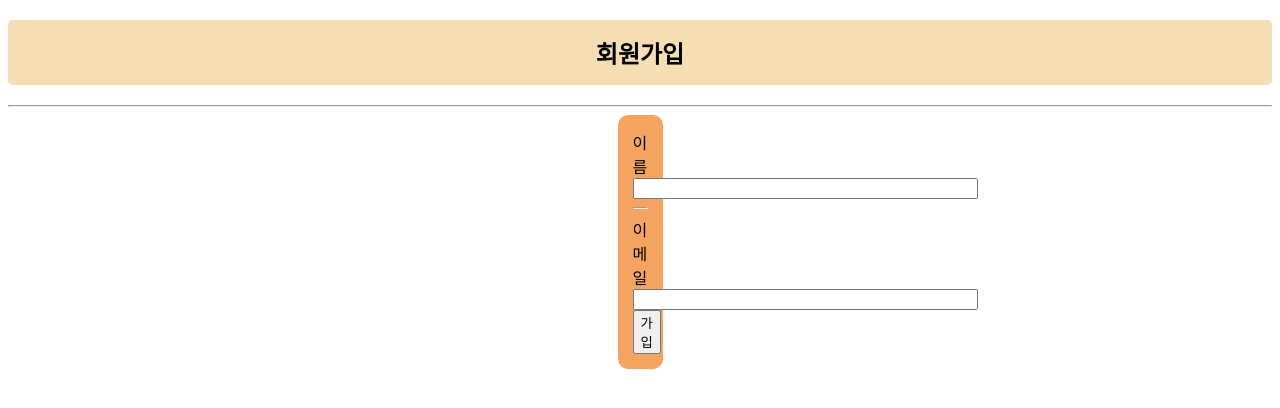
Repository: Hwater00/JSP-practice
Page: javaWorkspace/jwbook/src/main/webapp/ch03/rdgform.html
These files come from the project's save history. The page is drawn as it stood at one moment and after the next save; the edit follows.
The browser window is 1280 px wide. The pictures show the whole page.

Above is the page before, as saved 2023-07-26 07:18:00.

### javaWorkspace/jwbook/src/main/webapp/ch03/rdgform.html
<!DOCTYPE html>
<html>
<head>
<meta charset="UTF-8">
<title>회원 가입 폼 만들기</title>
<style>
	h2{
		border-radius: 5px;
		background-color: wheat;
		text-align: center;
		padding: 15px 0;
	}
	#regform{
		padding: 15px;
		border-radius: 10px;
		margin: auto;
		width: 15px;
		background-color: sandybrown;
	}
</style>
</head>

<body>
	<h2>회원가입</h2>
	<hr>
	<div id="regform">
		<form name="form1">
			<label>이름</label>
			<input type="text" name="name" size="40"><br>
			<hr>
			<label>이메일</label>
			<input type=email name="email" size="40"><br>
			<button type="button" onclick="singUp()">가입</button>
		</form>
	</div>
	<div id="result" class="result">
		<h3>가입정보</h3>
		<hr>
		이름:<span id ="rname"></span><br>
		이메일:<span id ="remail"></span><br>
	</div>
	<script>
		document.getElementById("result").style.display = "none";
	</script>
</body>
</html>

After the next save:
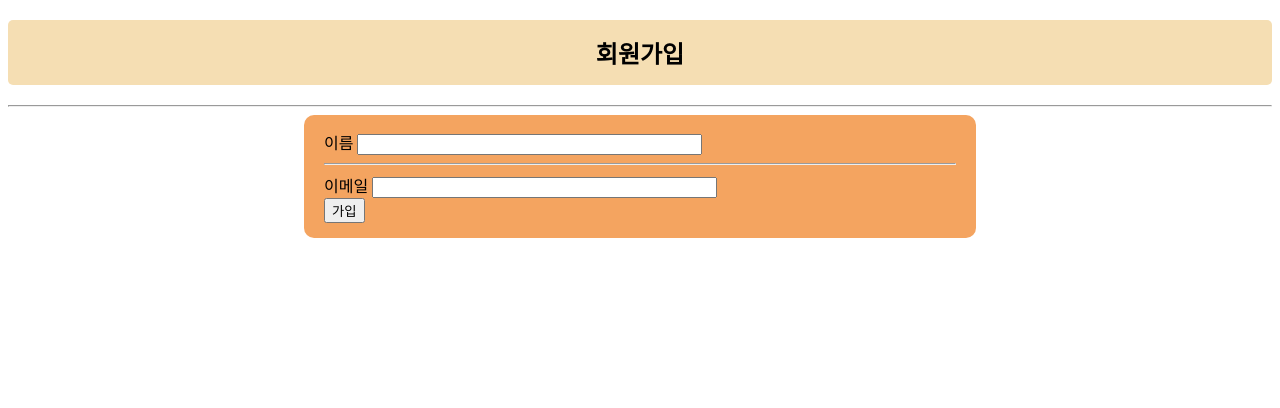
Saved 3 min 34 s later.
--- a/javaWorkspace/jwbook/src/main/webapp/ch03/rdgform.html
+++ b/javaWorkspace/jwbook/src/main/webapp/ch03/rdgform.html
@@ -11,10 +11,10 @@
 		padding: 15px 0;
 	}
 	#regform{
-		padding: 15px;
+		padding: 15px 20px;
 		border-radius: 10px;
 		margin: auto;
-		width: 15px;
+		width: 50%;
 		background-color: sandybrown;
 	}
 </style>
